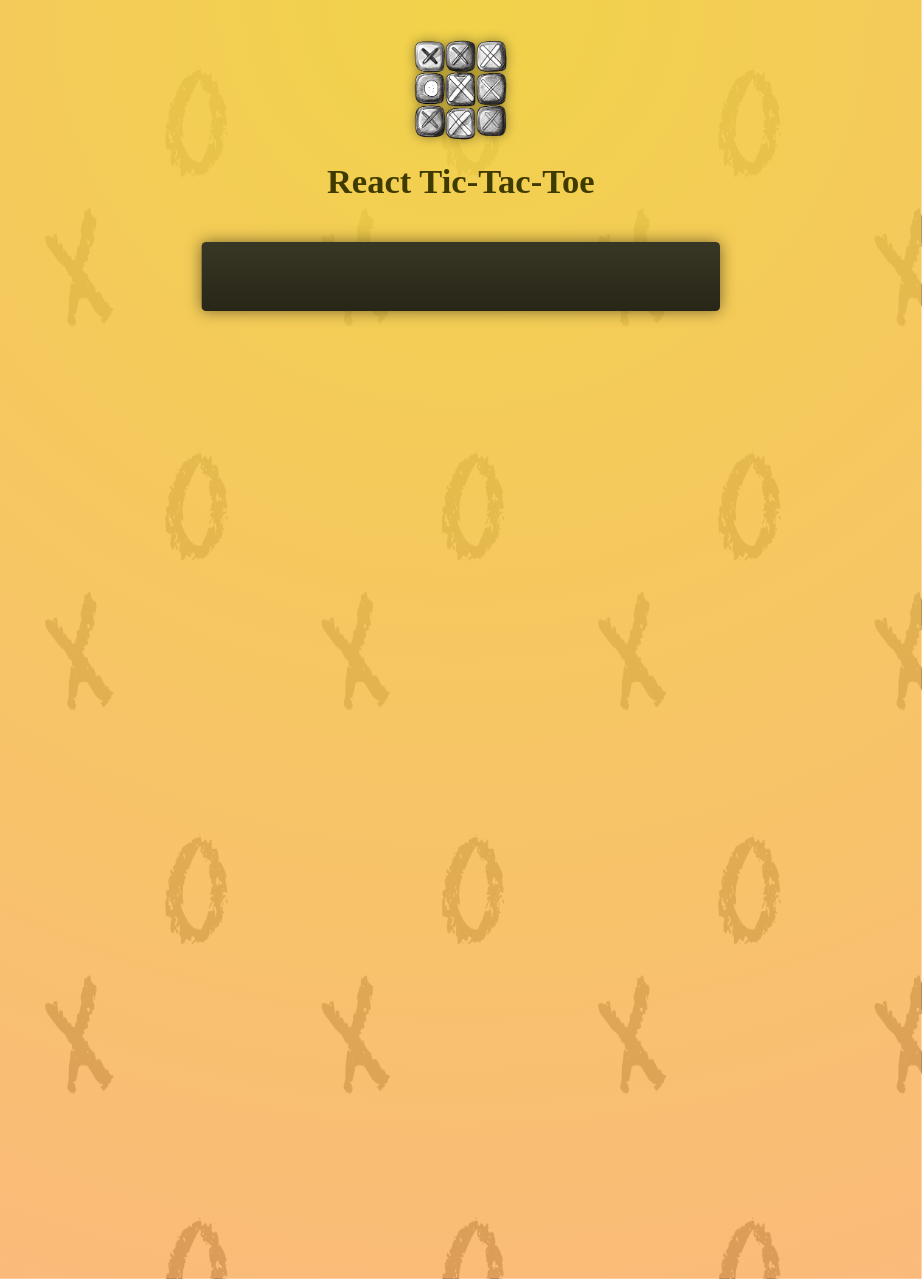
Repository: ooluchi/tic-tac-toe-rprac
Page: /
An editor plug-in stored every save of this project. The page is shown before and after a run of saves, followed by the edit.
The browser window is 1280 px wide. The pictures show the whole page, at 72% of full size.
Some web fonts or font styles are not loaded; a fallback is used. The project was rebuilt for these pictures with package versions that can differ from the ones it lists, and the page was loaded fresh each time. Also part of the build but not shown: vite.config.js.

Above is the page before, as saved 2024-10-22 05:11:31.

After the next 4 saves:
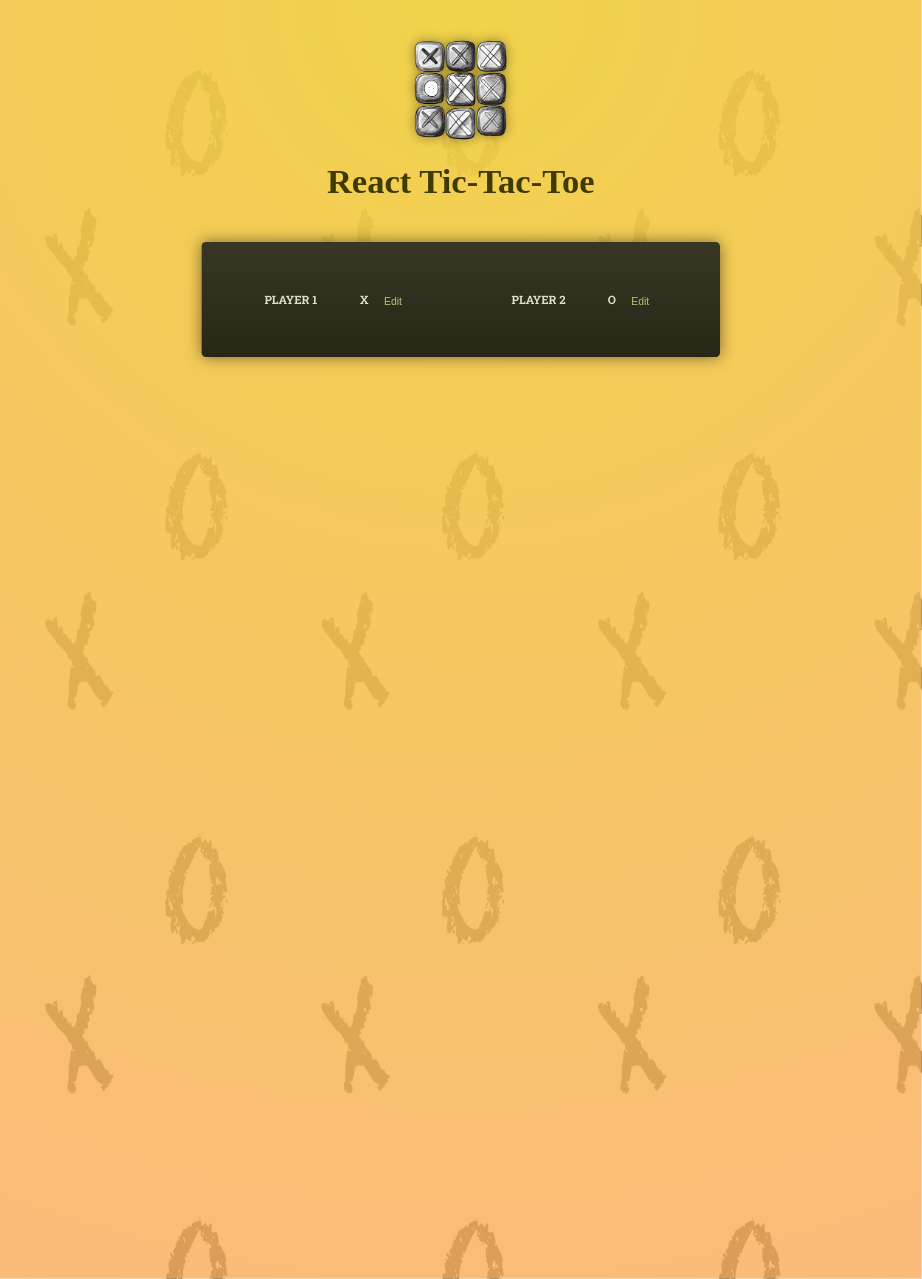
The 4 saves are shown as one change because they came seconds apart.
The last was saved 11 s later.
--- a/src/components/Player.jsx
+++ b/src/components/Player.jsx
@@ -10,7 +10,9 @@
 
     let playerName = <span className="player-name">{name}</span>
 
-    if (isEditing)
+    if (isEditing) {
+        playerName
+    }
 
     return (
             <li>
